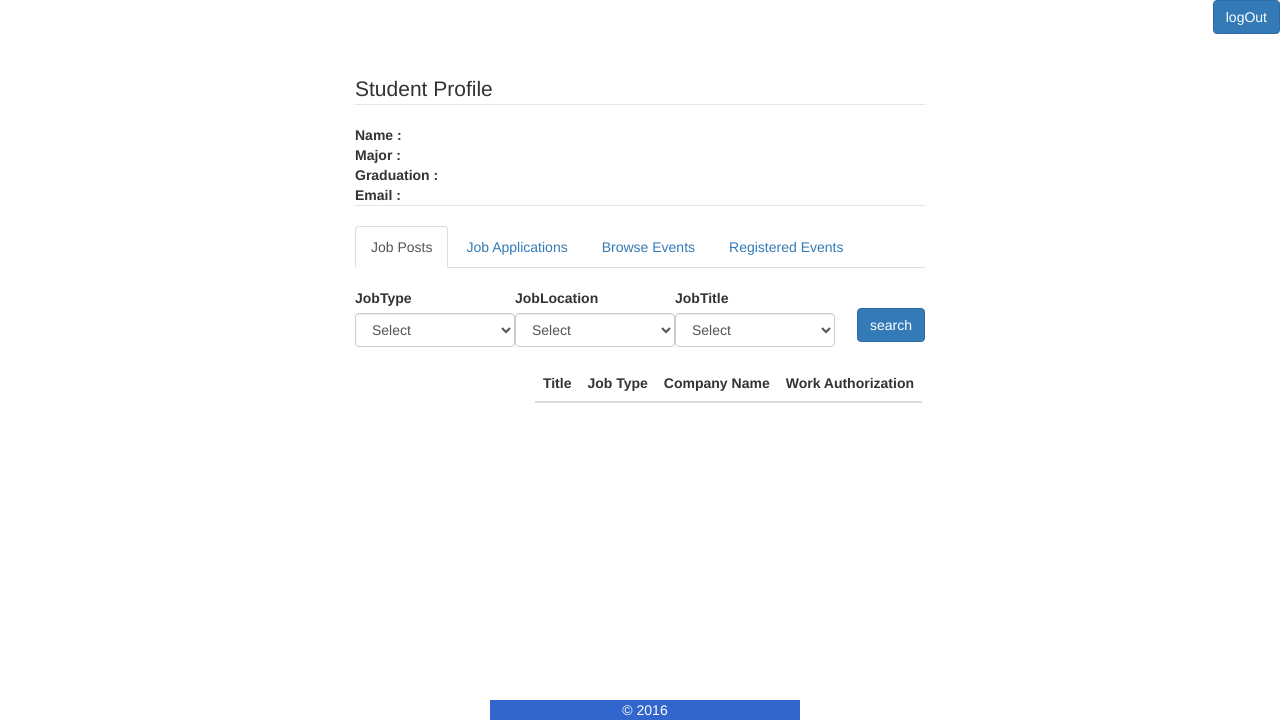
Repository: merlynfrank/AcademicProjects
Page: http://localhost/studenthome
The author's editor kept a copy of each file at every save. The page is drawn from the files as they stood at one save, then again after the next save.
The browser window is 1280 px wide. The pictures show the whole page.
The page is this project's Thymeleaf template; nobody is signed in. The template is opened directly, without the code that normally fills it, so the values that code supplies are empty.

Above is the page before, as saved 2018-12-01 20:10:45.

After the next save:
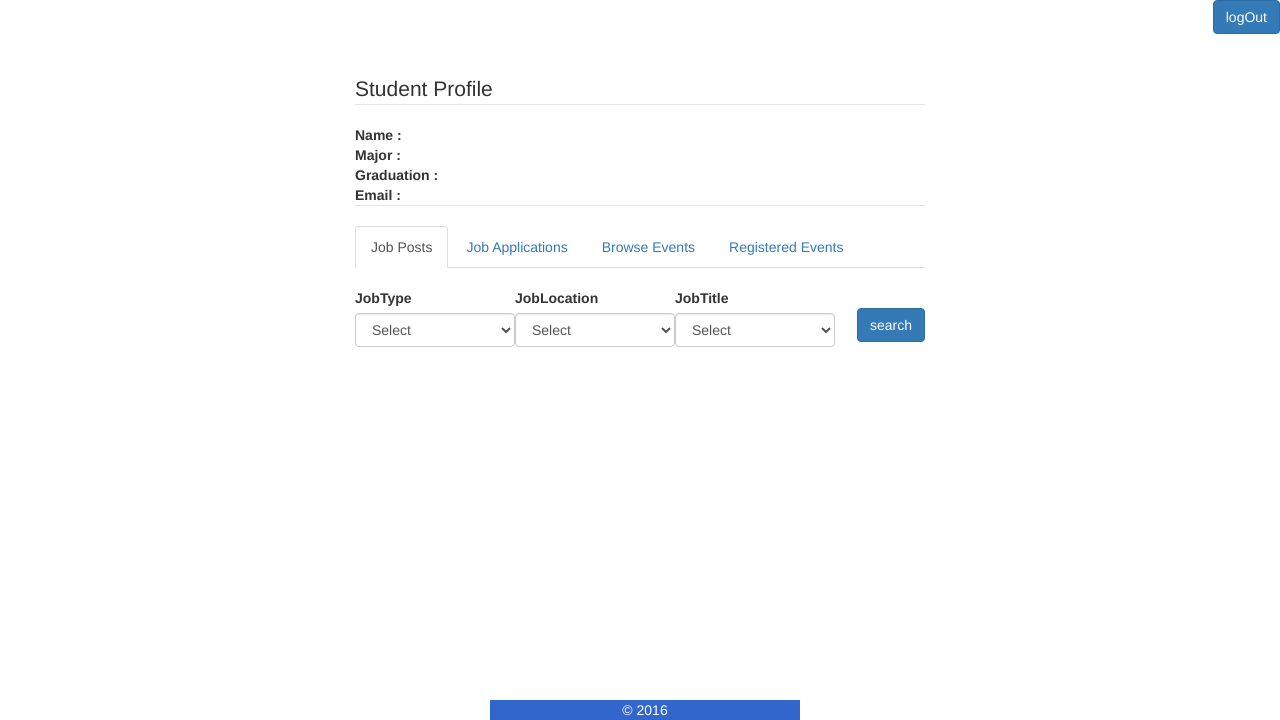
Saved 92 s later.
--- a/smith-is-internship/src/main/resources/templates/studenthome.html
+++ b/smith-is-internship/src/main/resources/templates/studenthome.html
@@ -135,8 +135,8 @@
 					</div>
 					<!-- onclick="retrieveJobs()" -->
 				</form>
-				<div class="form-elegant FixedHeightContainer Content" style="height: 250px; overflow-y: scroll;">
-				<table class="table table-hover table-striped">
+				<div class="form-elegant FixedHeightContainer Content" >
+				<table class="table table-hover table-striped" style="height: 250px; overflow-y: scroll;">
 					<thead class="thead-light">
 						<tr>
 							<th>Title</th>
